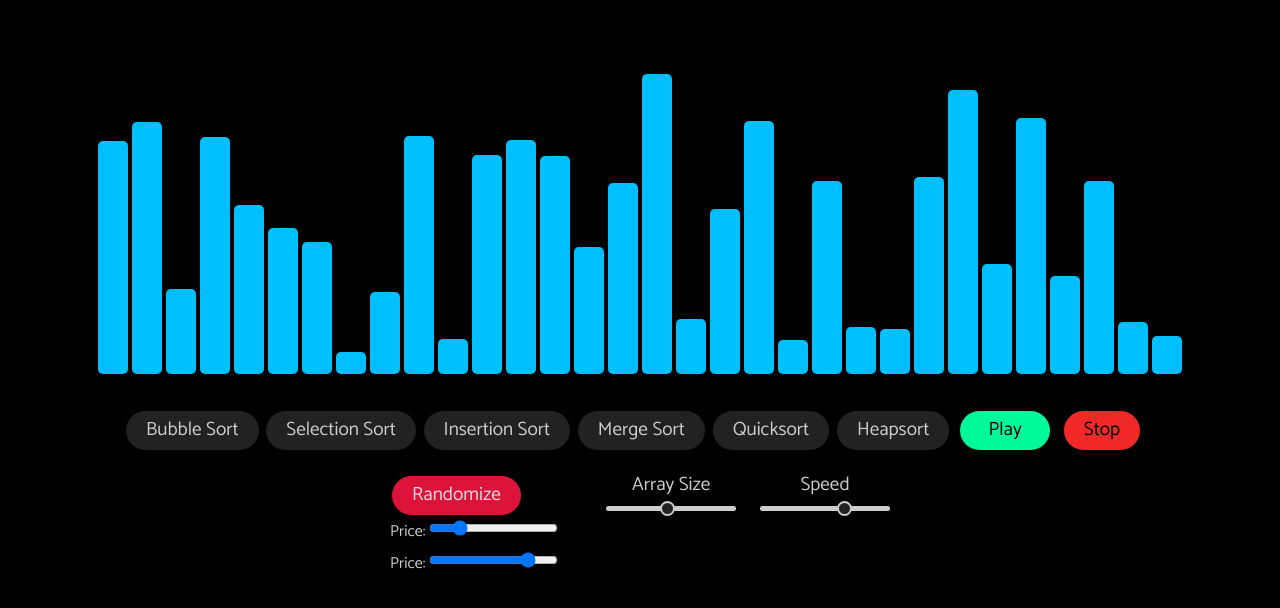
Repository: sneha1010/Sorting-visualizer
Page: index.html
The author's editor kept a copy of each file at every save. The page is drawn from the files as they stood at one save, then again after the next save.
The browser window is 1280 px wide. The pictures show the whole page.

Above is the page before, as saved 2022-06-14 18:49:11.

### index.html
<!DOCTYPE html>
<html lang="en">
<head>
    <meta charset="utf-8">
    <meta name="viewport" content="width=device-width, initial-scale=1, shrink-to-fit=no">

    <link rel="stylesheet" href="https://stackpath.bootstrapcdn.com/bootstrap/4.5.2/css/bootstrap.min.css" integrity="sha384-JcKb8q3iqJ61gNV9KGb8thSsNjpSL0n8PARn9HuZOnIxN0hoP+VmmDGMN5t9UJ0Z" crossorigin="anonymous">
    <link href="https://fonts.googleapis.com/css2?family=Catamaran:wght@100;200;300;400;500;600;700;800;900&display=swap" rel="stylesheet">
    <link rel="stylesheet" href="assets/style.css">
    <link rel="shortcut icon" href="assets/favicon.ico" type="image/x-icon">

    <title>Sorting Visualizer</title>
</head>
<body>
    <div class="container">
        <div id="array-container">
            <div id="array"><div id="bar"></div></div>
            <h5 id="no-algo-warning" class="display-none">No Algorithm Selected!</h5>
        </div>
        <div id="algo-container">
            <button id="bubble" class="algo-btn">Bubble Sort</button>
            <button id="selection" class="algo-btn">Selection Sort</button>
            <button id="insertion" class="algo-btn">Insertion Sort</button>
            <button id="merge" class="algo-btn">Merge Sort</button>
            <button id="quick" class="algo-btn">Quicksort</button>
            <button id="heap" class="algo-btn">Heapsort</button>
            <button id="sort">Play</button>
            <button id="stop">Stop</button>
        </div>
        <div id="change-container">
            <button id="randomize">Randomize</button>
            <div id="sliders">
                <div class="slider-container">
                    <label>Array Size</label>
                    <input type="range" id="size-slider" class="slider" autocomplete="off">
                </div>
                <div class="slider-container">
                    <label>Speed</label>
                    <input type="range" id="speed-slider" class="slider" autocomplete="off">
                </div>
            </div>
            <div data-role="rangeslider">
                <label for="price-min">Price:</label>
                <input type="range" name="price-min" id="price-min" value="200" min="0" max="1000">
                <label for="price-max">Price:</label>
                <input type="range" name="price-max" id="price-max" value="800" min="0" max="1000">
              </div>
        </div>
    </div>

    <script src="https://code.jquery.com/jquery-3.4.1.slim.min.js" integrity="sha384-J6qa4849blE2+poT4WnyKhv5vZF5SrPo0iEjwBvKU7imGFAV0wwj1yYfoRSJoZ+n" crossorigin="anonymous"></script>
    <script src="assets/script.js"></script>
    <script src="assets/bubble-sort.js"></script>
    <script src="assets/selection-sort.js"></script>
    <script src="assets/insertion-sort.js"></script>
    <script src="assets/merge-sort.js"></script>
    <script src="assets/quicksort.js"></script>
    <script src="assets/heapsort.js"></script>
</body>
</html>

<!--
    1. pause button
    2. reset button
    3. upper limit-lower limit
    4. ui

 -->

### assets/style.css
*:focus, button:focus {
    outline: none;
}

body {
    background-color: black;
    font-family: "Catamaran", sans-serif;
    color: #ccc;
}

.display-none {
    display: none;
}

.display-flex {
    display: flex;
}

#array-container {
    height: 350px;
    margin-top: 3em;
    display: flex;
    flex-direction: column-reverse;
    position: relative;
}

#array {
    margin: 1em auto;
}

.element {
    display: inline-block;
    border-radius: 5px;
}

#no-algo-warning {
    position: absolute;
    justify-content: center;
    align-items: center;
    top: 0;
    bottom: 0;
    left: 0;
    right: 0;
    margin: auto;
    width: 250px;
    height: 50px;
    text-align: center;
    background-color: rgba(0, 0, 0, 0.8);
    border: 1px solid #ccc;
    border-radius: 5px;
}

#algo-container {
    max-width: 1032px;
    margin: 0.5em auto;
}

.algo-btn, #sort, #stop,#randomize {
    background-color: #222;
    margin: 5px 2px;
    padding: 5px 20px;
    color: #ccc;
    font-size: 1.2em;
    border: none;
    border-radius: 50px;
}

.algo-btn:hover, .algo-btn-active {
    background-color: #ccc;
    color: #222;
}
.algo-btn:disabled{
    opacity: 0.8;
    /* cursor: not-allowed; */
    transition: all 100s ease-in-out;
}
#sort {
    /* float: right; */
    width: 90px;
    margin: 5px;
    background-color: mediumspringgreen;
    color: black;
}

#sort:hover, #randomize:hover {
    opacity: 0.8;
}

#sort:disabled, #randomize:disabled {
    opacity: 0.5;
    cursor: not-allowed;
}
#stop {
    /* float: right; */
    margin: 5px;
    background-color: rgb(241, 40, 40);
    color: black;
}
#stop:hover, #randomize:hover {
    opacity: 0.8;
}

#stop:disabled, #randomize:disabled {
    opacity: 0.5;
    cursor: not-allowed;
}
#change-container {
    max-width: 500px;
    margin: 1em auto;
}

#randomize, .slider-container {
    vertical-align: middle;
}

#randomize {
    background-color: crimson;
    color: #ddd;
}

#sliders {
    float: right;
}

.slider-container {
    display: inline-block;
    margin-left: 20px;
}

.slider-container label {
    display: block;
    margin: 0;
    text-align: center;
    font-size: 1.2em;
}

.slider {
    -webkit-appearance: none;
    width: 130px;
    height: 15px;
    background-color: transparent;
}

.slider::-webkit-slider-runnable-track {
    -webkit-appearance: none;
    height: 5px;
    background-color: #ccc;
    border-radius: 5px;
    cursor: pointer;
}

.slider::-moz-range-track {
    height: 5px;
    background-color: #ccc;
    border-radius: 5px;
    cursor: pointer;
}

.slider::-moz-range-progress {
    height: 5px;
    background-color: #777;
    border-radius: 5px;
    cursor: pointer;
}

.slider::-webkit-slider-thumb {
    -webkit-appearance: none;
    background-color: #222;
    border: 2px solid #ccc;
    width: 15px;
    height: 15px;
    border-radius: 15px;
    margin-top: -5px;
}

.slider::-moz-range-thumb {
    background-color: #222;
    border: 2px solid #ccc;
    width: 13px;
    height: 13px;
    border-radius: 13px;
    cursor: pointer;
}

.slider:disabled {
    opacity: 0.5;
}

.slider:disabled::-webkit-slider-runnable-track {
    cursor: not-allowed;
}

.slider:disabled::-moz-range-track {
    cursor: not-allowed;
}

.slider:disabled::-moz-range-progress {
    cursor: not-allowed;
}

.slider:disabled::-moz-range-thumb {
    cursor: not-allowed;
}

### assets/script.js
const MIN_SIZE = 4;
const MAX_SIZE = 64;
const DEFAULT_SIZE = 32;

const MIN_SPEED = 1;
const MAX_SPEED = 4;
const DEFAULT_SPEED = 3;

const MIN = 20;
const MAX = 300;

const WAITING_TIME = 100;

const UNSORTED = 'deepskyblue';
const SORTED = 'mediumspringgreen';
const COMPARE = 'crimson';
const SELECTED = 'blueviolet';
const LEFT = 'gold';
const RIGHT = 'orangered';

var size;
var delay;

var arr = [];

var array_container_width;
var element_width;
var element_width_max;
var margin_element;

var algo_selected;
var run=false;
var first=true;
var halt =false;

var sort_btn=document.getElementsByClassName("algo-btn");

function updateValues() {
    array_container_width = Math.floor( $("#array-container").width() );
    element_width_max = Math.floor(array_container_width / 20);

    margin_element = 2;
    if( parseInt( $(window).width() ) < 1200 )
        margin_element = 1;
}

function findElementWidth() {
    element_width = Math.floor(array_container_width / size);
    element_width -= 2 * margin_element;

    if(element_width > element_width_max)
        element_width = element_width_max;
}

function createArray() {
    arr = [];
    $("#array").html('');

    for(var i = 0; i < size; i++) {
        var n = Math.floor( Math.random() * (MAX - MIN + 1) ) + MIN;
        arr.push(n);
    //   $("#bar").html(n);
        var $element = $('<div>');
        $element.attr('id', "e" + i);
        $element.attr('class', "element");
        $element.css('background-color', UNSORTED);
        $element.css('width', element_width.toString() + 'px');
        $element.css('height', n.toString() + 'px');
        $element.css('margin-left', margin_element + 'px');
        $element.css('margin-right', margin_element + 'px');
        // $element.innerHTML(n);
        $element.appendTo("#array");

    }
}

function setHeight(id, height) {
    $("#e" + id).css('height', height);
    $("#e" + id).textContent = "1";
    // $("#e" + id).innerHTML=height;
}

function setColor(id, color) {
    $("#e" + id).css('background-color', color);
}

function setColorRange(p, r, color) {
    for(var i = p; i <= r; i++)
        $("#e" + i).css('background-color', color);
}
function pauseHandler()
{
    const pause = document.getElementById("sort");
    run = run === true ? false : true;
    pause.textContent = run === true ? "Pause" : "Play";
}
async function pauseButton() {
    while (run == false) await sleep(1);
    return;
  }
function swap(a, b) {
    var temp = arr[a];
    arr[a] = arr[b];
    arr[b] = temp;

    var h1 = $("#e" + a).css('height');
    var h2 = $("#e" + b).css('height');

    setHeight(a, h2);
    setHeight(b, h1);
}

function disableOthers() {
    $(".algo-btn").prop('disabled', true);

    $("#randomize").prop('disabled', true);
    $("#size-slider").prop('disabled', true);
}

function enableOthers() {
    $(".algo-btn").prop('disabled', false);
    $("#sort").prop('disabled', false);
    $("#randomize").prop('disabled', false);
    $("#size-slider").prop('disabled', false);
}

function sleep(ms) {
    return new Promise(resolve => setTimeout(resolve, ms));
}

$(document).ready(function() {
    $("#size-slider").attr('min', MIN_SIZE);
    $("#size-slider").attr('max', MAX_SIZE);
    $("#size-slider").attr('value', DEFAULT_SIZE);

    $("#speed-slider").attr('min', MIN_SPEED);
    $("#speed-slider").attr('max', MAX_SPEED);
    $("#speed-slider").attr('value', DEFAULT_SPEED);

    size = DEFAULT_SIZE;
    delay = WAITING_TIME * Math.pow(2, MAX_SPEED - DEFAULT_SPEED);

    updateValues();

    findElementWidth();
    createArray();

    $("#randomize").click(
        function() {
            createArray();
        }
    );

    $(".algo-btn").click(
        function() {
            algo_selected = $(this).html();

            $(".algo-btn-active").removeClass('algo-btn-active');
            $(this).addClass('algo-btn-active');
        //     var btn=document.getElementsByClassName("algo-btn");
        //     var selected=document.getElementsByClassName("algo-btn-active");
        //    btn.disable=true;
        //   selected.disable=false;
            $("#no-algo-warning").removeClass('display-flex');
            $("#no-algo-warning").addClass('display-none');
        }
    );

    $("#sort").click(
        async function() {
            if(first){
                first=false;


            disableOthers();

            setColorRange(0, size - 1, UNSORTED);

            if(algo_selected == "Bubble Sort"){
                pauseHandler();
                await bubbleSort();
            }

            else if(algo_selected == "Selection Sort"){
                pauseHandler();
                await selectionSort();
            }

            else if(algo_selected == "Insertion Sort"){
                pauseHandler();
                await insertionSort();
            }

            else  if(algo_selected == "Merge Sort")
            {
                pauseHandler();
                await mergeSort(0, size - 1);
            }

            else if(algo_selected == "Quicksort"){
                pauseHandler();
                await quicksort(0, size - 1);
            }

            else if(algo_selected == "Heapsort")
            {
                pauseHandler();
                await heapsort();
            }

            else {
                $("#no-algo-warning").removeClass('display-none');
                $("#no-algo-warning").addClass('display-flex');
                first=true;
            }

            enableOthers();
        }
        else
        pauseHandler();
        }
    );

    $("#stop").click(
       function() {
      halt=true;
      algo_selected="";
      $(".algo-btn-active").removeClass('algo-btn-active');
      run=false;
      const pause = document.getElementById("sort");
    //   run = run === true ? false : true;
      pause.textContent = run === true ? "Pause" : "Play";
      first=true;
        }
    );





// pause.addEventListener("click", () => {
//   run = run === true ? false : true;
//   pause.textContent = run === true ? "Pause" : "Play";
// });
    $("#size-slider").on('input', function() {
        size = $(this).val();

        findElementWidth();
        createArray();
    });

    $("#speed-slider").on('input', function() {
        delay = WAITING_TIME * Math.pow(2, MAX_SPEED - $(this).val());
    });

    $(window).resize(function() {
        if(array_container_width != Math.floor( $("#array-container").width() )) {
            updateValues();

            findElementWidth();

            for(var i = 0; i < size; i++) {
                $("#e" + i).css('width', element_width.toString() + 'px');
                $("#e" + i).css('margin-left', margin_element + 'px');
                $("#e" + i).css('margin-right', margin_element + 'px');
            }
        }
    });
});

### assets/bubble-sort.js
async function bubbleSort() {

    sort_btn.disable=true;
    var i, j;
    await sleep(delay);
     halt=false;
    for(i = 0; i < size - 1; i++) {
        for(j = 0; j < size - i - 1; j++) {
            await sleep(delay);

            setColor(j, COMPARE);
            setColor(j + 1, COMPARE);
            await sleep(delay);

            if(arr[j] > arr[j + 1]) {
                swap(j, j + 1);
                await sleep(delay);
            }
            if(halt)
            break;
            while(run==false)
            await sleep(1);
            setColor(j, UNSORTED);
            setColor(j + 1, UNSORTED);
        }
       if(halt){
        setColorRange(0, size - 1, UNSORTED);
        break;
       }

        await sleep(delay);

        setColor(j, SORTED);
    }
     if(halt==false){
    setColor(0, SORTED);

     }
     halt=0;
}

### assets/insertion-sort.js
async function insertionSort() {
    var i, j, key;
    await sleep(delay);

    setColor(0, SELECTED);
    await sleep(delay);

    setColor(0, SORTED);

    for(i = 1; i < size; i++) {
        await sleep(delay);
        if(run==false)
        await pauseButton();
        setColor(i, SELECTED);
        await sleep(delay);

        j = i - 1;
        key = arr[i];

        while(j >= 0 && arr[j] > key) {
            if(run==false)
            await pauseButton();
            setColor(j, COMPARE);
            await sleep(delay);
            if(run==false)
            await pauseButton();
            swap(j, j + 1);
            if(run==false)
            await pauseButton();
            setColor(j, SELECTED);
            setColor(j + 1, COMPARE);
            await sleep(delay);
            if(run==false)
            await pauseButton();
            setColor(j + 1, SORTED);
            await sleep(delay);

            j--;
        }

        setColor(j + 1, SORTED);
    }
}

Loaded but not shown: assets/heapsort.js (no copy from this time; the picture is the same without it); assets/merge-sort.js (no copy from this time; the picture is the same without it); assets/quicksort.js (no copy from this time; the picture is the same without it); assets/selection-sort.js (no copy from this time; the picture is the same without it)

After the next save:
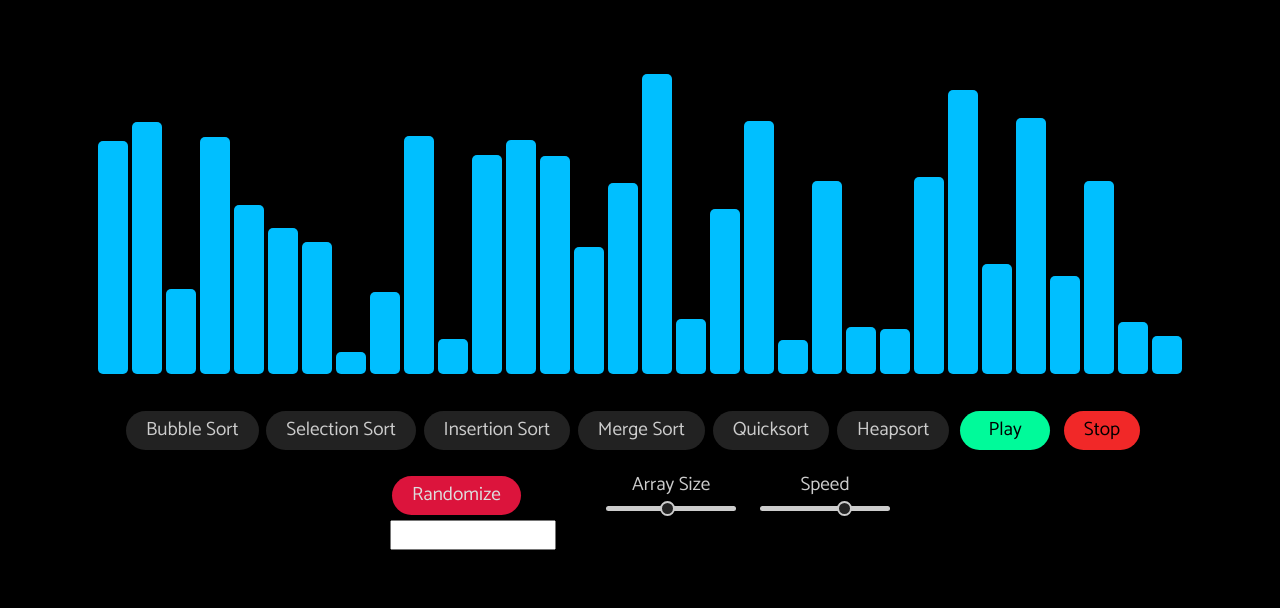
Saved 3 min 43 s later.
--- a/index.html
+++ b/index.html
@@ -39,12 +39,7 @@
                     <input type="range" id="speed-slider" class="slider" autocomplete="off">
                 </div>
             </div>
-            <div data-role="rangeslider">
-                <label for="price-min">Price:</label>
-                <input type="range" name="price-min" id="price-min" value="200" min="0" max="1000">
-                <label for="price-max">Price:</label>
-                <input type="range" name="price-max" id="price-max" value="800" min="0" max="1000">
-              </div>
+            <input data-role="doubleslider" data-accuracy="5" data-hint-always="true">
         </div>
     </div>
 
